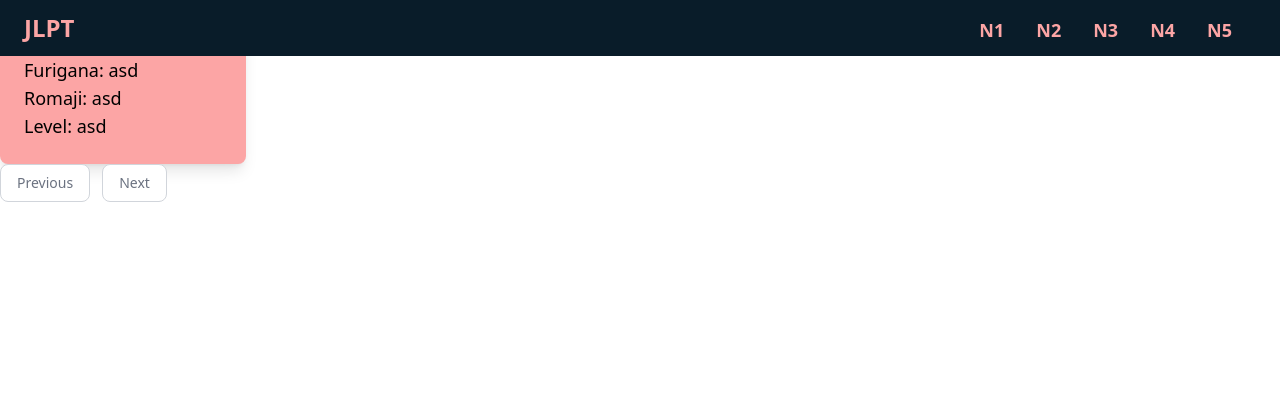
Repository: Penglee25/JLPT-vocabulary
Page: /n1
The author's editor kept a copy of each file at every save. The page is drawn from the files as they stood at one save, then again after a run of saves.
The browser window is 1280 px wide. The pictures show the whole page.
The project was rebuilt for these pictures with package versions that can differ from the ones it lists, and the page was loaded fresh each time. The framework's server and built-in components were replaced by stand-ins that run in the browser. Also part of the build but not shown: next.config.js, src/styles/main.css.

Above is the page before, as saved 2023-03-17 13:39:47.

### src/pages/_app.tsx
import type { AppProps } from 'next/app';
import React from 'react';
import Head from '../components/head';

import '../styles/global.css';
import '../styles/main.css';

function MyApp({ Component, pageProps }: AppProps) {
  return (
    <React.Fragment>
      <Head />
      <Component {...pageProps} />
    </React.Fragment>
  )
}

export default MyApp;

### src/pages/n1.tsx
import Navbar from "../components/navbar";

export default function n1() {

    return (
        <div>
            <Navbar />
            <div className="container">


                <div className=" mt- grid md:grid-cols-5 gap-3 grid-cols-3">
                    <div key={0} className="block rounded-lg bg-red-300 p-6 shadow-lg dark:bg-neutral-700">
                        <span className='text-2xl font-bold text-red-600'>asd</span>
                        <p className='my-0 text-lg'>Furigana: asd</p>
                        <p className='my-0 text-lg'>Romaji: asd</p>
                        <p className='my-0 text-lg'>Level: asd</p>
                    </div>
                </div>
                <div className="pagination">
                    <a href="#" className="inline-flex items-center px-4 py-2 text-sm font-medium text-gray-500 bg-white border border-gray-300 rounded-lg hover:bg-gray-100 hover:text-gray-700 dark:bg-gray-800 dark:border-gray-700 dark:text-gray-400 dark:hover:bg-gray-700 dark:hover:text-white">
                        Previous
                    </a>

                    <a href="#" className="inline-flex items-center px-4 py-2 ml-3 text-sm font-medium text-gray-500 bg-white border border-gray-300 rounded-lg hover:bg-gray-100 hover:text-gray-700 dark:bg-gray-800 dark:border-gray-700 dark:text-gray-400 dark:hover:bg-gray-700 dark:hover:text-white">
                        Next
                    </a>
                </div>
            </div>
        </div>
    )
}

### src/components/head.tsx
import NextHead from 'next/head';

const title = 'JLPT Vocabulary API';
const desc = 'A RESTful / GraphQL API for JPLT vocabulary from N5 to N1';
const url = 'https://jlpt-keiz.vercel.app';

export default function Head() {
  return (
    <NextHead>
      <title>{title}</title>
      <meta name="description" content={desc} />
      <link rel="shortcut icon" type="image/x-icon" href="/icon-r.png" />

      <meta property="og:type" content="website" />
      <meta property="og:title" content={title} />
      <meta property="og:description" content={desc} />
      <meta property="og:url" content={url} />
      <meta property="og:image" content={`${url}/icon-s.png`} />

      <meta name="twitter:card" content="summary" />
    </NextHead>
  );
}

### src/styles/global.css
@tailwind base;
@tailwind components;
@tailwind utilities;

html {
  @apply antialiased;
}

.levels{
  color: #a2a2a2;
  font-weight: 600;
  transition: .3s;
  cursor: pointer;
}

.levels::after{
  content: '\261B';
  margin-left: 5px;
  position: absolute;
}

.levels:hover{
  color: black;
  text-decoration: underline;
}

### src/components/navbar.tsx
import Link from 'next/link'
import { useState } from 'react'

import { navLinks } from '../utils/data'

export default function Navbar() {
    const [isOpen, setIsOpen] = useState(false)
    const animate = useState(true)


    const NavMobile = ({ onClick }: any) => {
        // const animate = useStartAnimation()

        // return (
        //     <div className={`md:hidden flex flex-col text-white font-dosis w-11/12 mx-auto pl-2 pb-5 ${animate? '': 'translate-x-60 -translate-y-7 opacity-0'} transform transition duration-1000`}>

        //     </div>
        // )
    }

    return (
        <div style={{ backgroundColor: '#091c29' }} className='fixed top-0 w-full z-20 px-6'>
            <div className="w-full mx-auto py-3 flex items-center justify-between text-red-300 font-dosis transform transition duration-2500 text-2xl font-bold cursor-pointer">
                <Link href={navLinks[0].path}>
                <h3> JLPT </h3>
                </Link>
                <div className={`hidden md:block ${animate ? '' : 'translate-x-20 opacity-0'} transform transition duration-2500`}>
                    {
                        navLinks.map((nav: any, i) => (
                            <Link key={i} href={nav.path}>
                                <span className='font-bold text-lg mr-4 px-2 cursor-pointer border-b-2 border-transparent hover:border-white anim'>{nav.name}</span>
                            </Link>
                        ))
                    }
                </div>

                <div className='md:hidden -mr-1 flex'>
                </div>
            </div>


        </div>
    )
}

### src/utils/data.ts
export const navLinks = [
    { name: "",
     path: "/"
    },
    {
      name: "N1",
      path: "/n1",
    },
    {
      name: "N2",
      path: "/N2",
    },
    {
      name: "N3",
      path: "/N3",
    },
    {
      name: "N4",
      path: "/N4",
    },
    {
      name: "N5",
      path: "/N5",
    },
  ];

### tailwind.config.js
module.exports = {
	content: ["./src/**/*.tsx"],
	theme: {
		extend: {
			animation: {
				none: "none",
				spin: "spin 1s linear infinite",
				ping: "ping 1s cubic-bezier(0, 0, 0.2, 1) infinite",
				pulse: "pulse 2s cubic-bezier(0.4, 0, 0.6, 1) infinite",
				pulse1s: "pulse1s 1s cubic-bezier(0.4, 0, 0.6, 1) infinite",
				bounce: "bounce 1s infinite",
				newbounce: "newbounce 1s infinite",
				rebounce: "rebounce 1s infinite",
				float: "float 3s infinite",
				refloat: "refloat 3s infinite",
			},
			fontSize: {
				xs: ["0.75rem", { lineHeight: "1rem" }],
				sm: ["0.875rem", { lineHeight: "1.25rem" }],
				base: ["1rem", { lineHeight: "1.5rem" }],
				lg: ["1.125rem", { lineHeight: "1.75rem" }],
				xl: ["1.25rem", { lineHeight: "1.75rem" }],
				"2xl": ["1.5rem", { lineHeight: "2rem" }],
				"3xl": ["1.875rem", { lineHeight: "2.25rem" }],
				"4xl": ["2.25rem", { lineHeight: "2.5rem" }],
				"5xl": ["3rem", { lineHeight: "1" }],
				"6xl": ["3.75rem", { lineHeight: "1" }],
				"7xl": ["4.5rem", { lineHeight: "1" }],
				"8xl": ["6rem", { lineHeight: "1" }],
				"9xl": ["8rem", { lineHeight: "1" }],
			},
		},
	},
	plugins: [require("@tailwindcss/typography")],
};

After the next 2 saves:
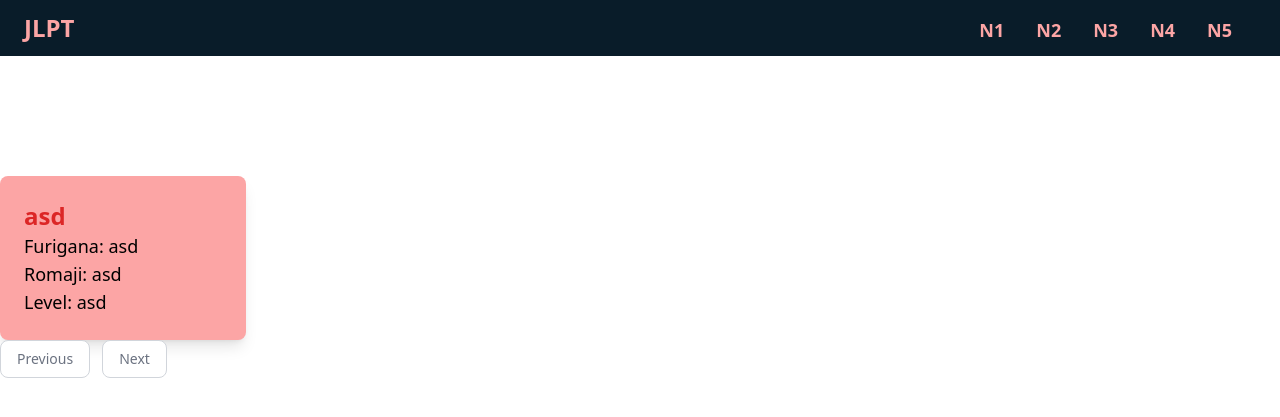
The 2 saves are shown as one change because they came seconds apart.
The last was saved 7 s later.
--- a/src/pages/n1.tsx
+++ b/src/pages/n1.tsx
@@ -8,7 +8,7 @@ export default function n1() {
             <div className="container">
 
 
-                <div className=" mt- grid md:grid-cols-5 gap-3 grid-cols-3">
+                <div className=" mt-44 grid md:grid-cols-5 gap-3 grid-cols-3">
                     <div key={0} className="block rounded-lg bg-red-300 p-6 shadow-lg dark:bg-neutral-700">
                         <span className='text-2xl font-bold text-red-600'>asd</span>
                         <p className='my-0 text-lg'>Furigana: asd</p>
